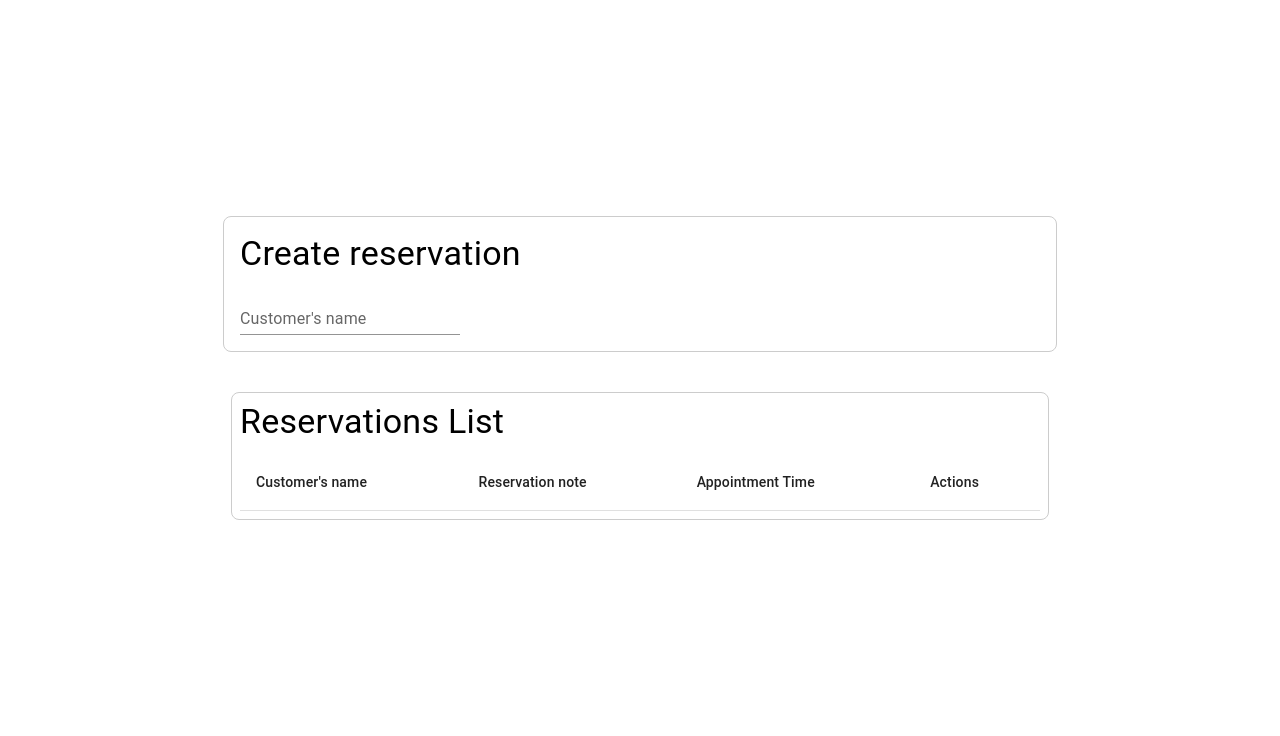
Repository: dovix58/PSP
Page: /beauty (app in frontEnd/)
An editor plug-in stored every save of this project. The page is shown before and after the next save, followed by the edit.
The browser window is 1280 px wide. The pictures show the whole page.
The page's requests for data from a server got no answer. The project was rebuilt for these pictures with package versions that can differ from the ones it lists, and the page was loaded fresh each time. No one was signed in, and anything a server would have sent is missing. Also part of the build but not shown: frontEnd/vite.config.ts, frontEnd/src/LandingPage.tsx, frontEnd/src/api/productAPI.ts, frontEnd/src/CreateOrder.tsx, frontEnd/src/api/OrderApi.ts, frontEnd/src/PaymentModal.tsx, frontEnd/src/OrderList.tsx, frontEnd/src/Styles.ts and 3 more.

Above is the page before, as saved 2024-12-19 13:33:31.

After the next save:
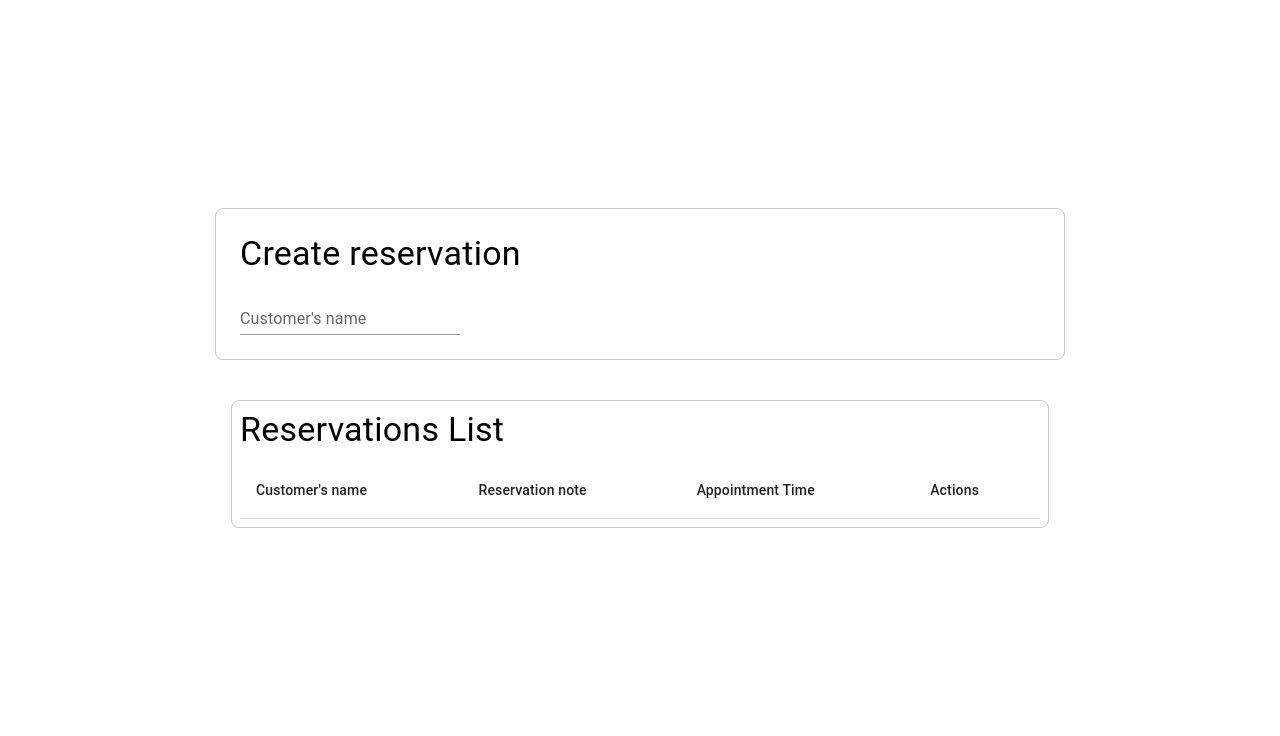
Saved 8 s later.
--- a/frontEnd/src/CreateReservation.tsx
+++ b/frontEnd/src/CreateReservation.tsx
@@ -12,7 +12,7 @@ export default function CreateReservation() {
         maxHeight: 400,
         width: 800,
         overflowY: "auto",
-        p: 2,
+        p: 3,
       }}
     >
       <Typography variant="h4" gutterBottom>
